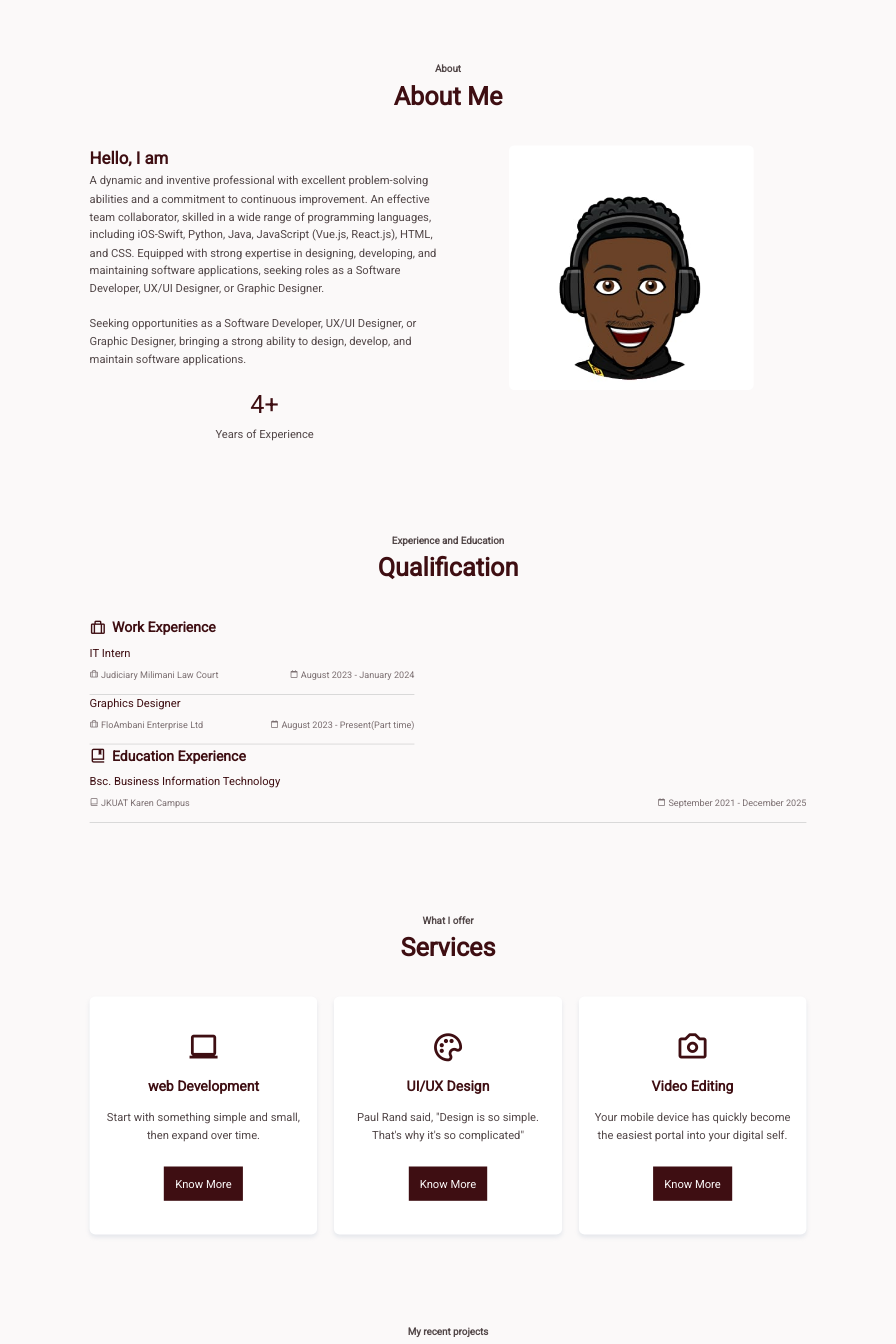
Repository: jessemulure/WorkSpace-CV
Page: index.html
An editor plug-in stored every save of this project. The page is shown before and after the next save, followed by the edit.
The browser window is 1280 px wide. The pictures show the part of the page from y = 729 to 2649 px (the page is 4866 px tall before and 4815 px after), at 70% of full size.
A picture or video elsewhere on the page could not be fetched, so the positions and the page height are approximate.

Above is the page before, as saved 2025-08-12 09:30:02.

After the next save:
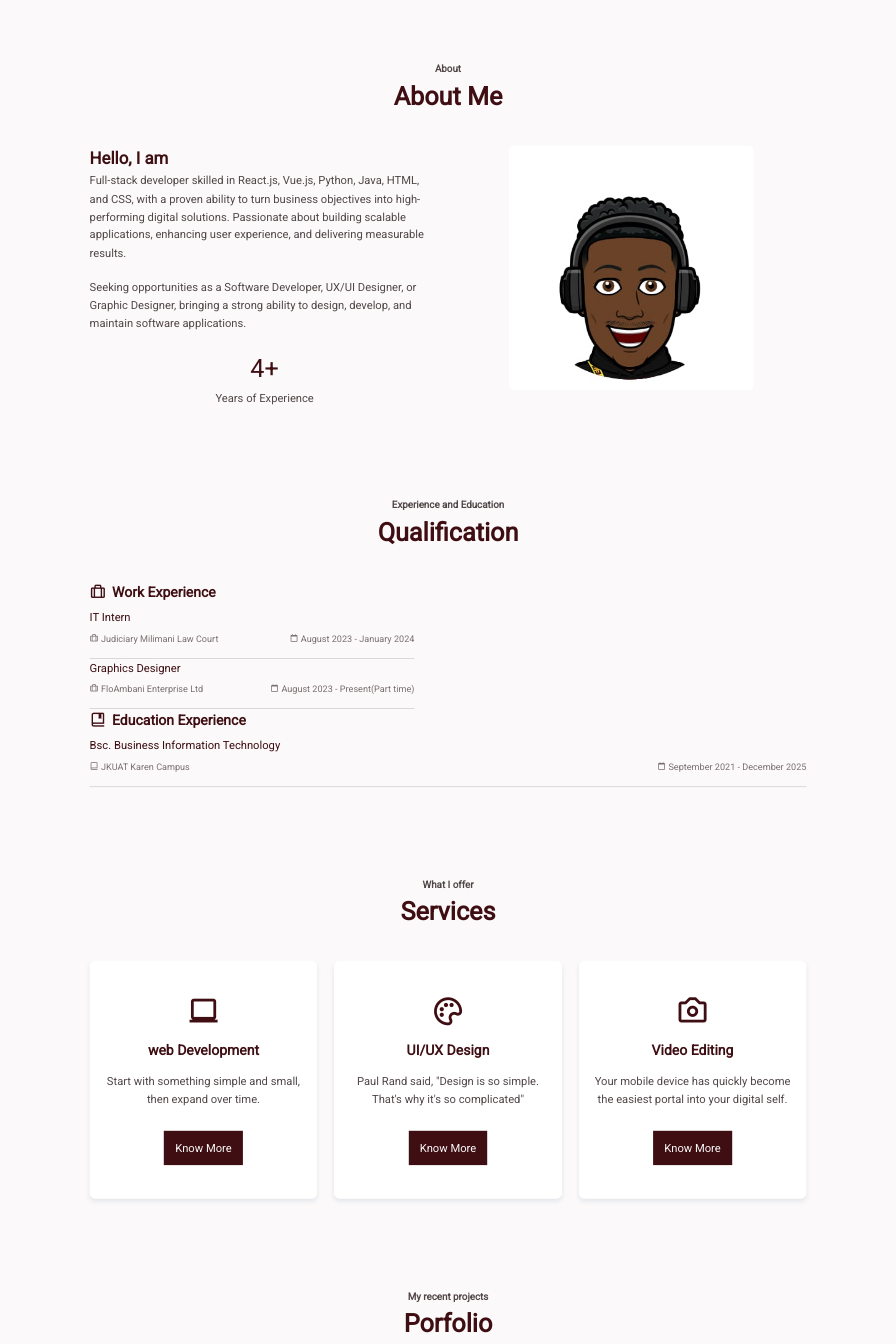
Saved 7 min 13 s later.
--- a/index.html
+++ b/index.html
@@ -98,14 +98,7 @@
             <p class="about__description">
               <span>Hello, I am <br /></span>
 
-              A dynamic and inventive professional with excellent
-              problem-solving abilities and a commitment to continuous
-              improvement. An effective team collaborator, skilled in a wide
-              range of programming languages, including iOS-Swift, Python, Java,
-              JavaScript (Vue.js, React.js), HTML, and CSS. Equipped with strong
-              expertise in designing, developing, and maintaining software
-              applications, seeking roles as a Software Developer, UX/UI
-              Designer, or Graphic Designer.
+             Full-stack developer skilled in React.js, Vue.js, Python, Java, HTML, and CSS, with a proven ability to turn business objectives into high-performing digital solutions. Passionate about building scalable applications, enhancing user experience, and delivering measurable results.
             </p>
             <p class="about__description">
               Seeking opportunities as a Software Developer, UX/UI Designer, or

After the save that followed:
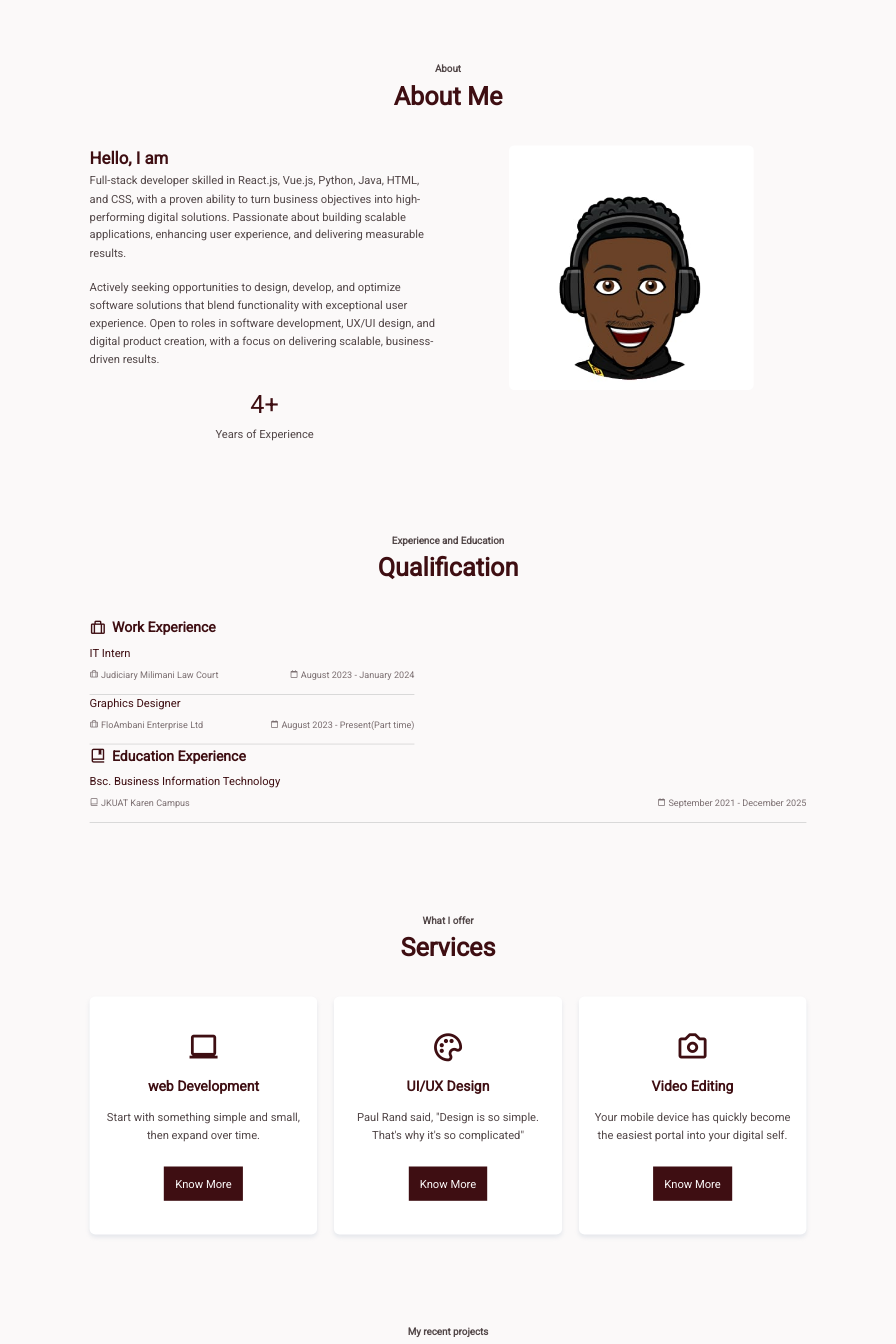
Saved 62 s later.
--- a/index.html
+++ b/index.html
@@ -97,13 +97,10 @@
           <div class="about__data bd-grid">
             <p class="about__description">
               <span>Hello, I am <br /></span>
-
-             Full-stack developer skilled in React.js, Vue.js, Python, Java, HTML, and CSS, with a proven ability to turn business objectives into high-performing digital solutions. Passionate about building scalable applications, enhancing user experience, and delivering measurable results.
+              Full-stack developer skilled in React.js, Vue.js, Python, Java, HTML, and CSS, with a proven ability to turn business objectives into high-performing digital solutions. Passionate about building scalable applications, enhancing user experience, and delivering measurable results.
             </p>
             <p class="about__description">
-              Seeking opportunities as a Software Developer, UX/UI Designer, or
-              Graphic Designer, bringing a strong ability to design, develop,
-              and maintain software applications.
+              Actively seeking opportunities to design, develop, and optimize software solutions that blend functionality with exceptional user experience. Open to roles in software development, UX/UI design, and digital product creation, with a focus on delivering scalable, business-driven results.
             </p>
 
             <div>
